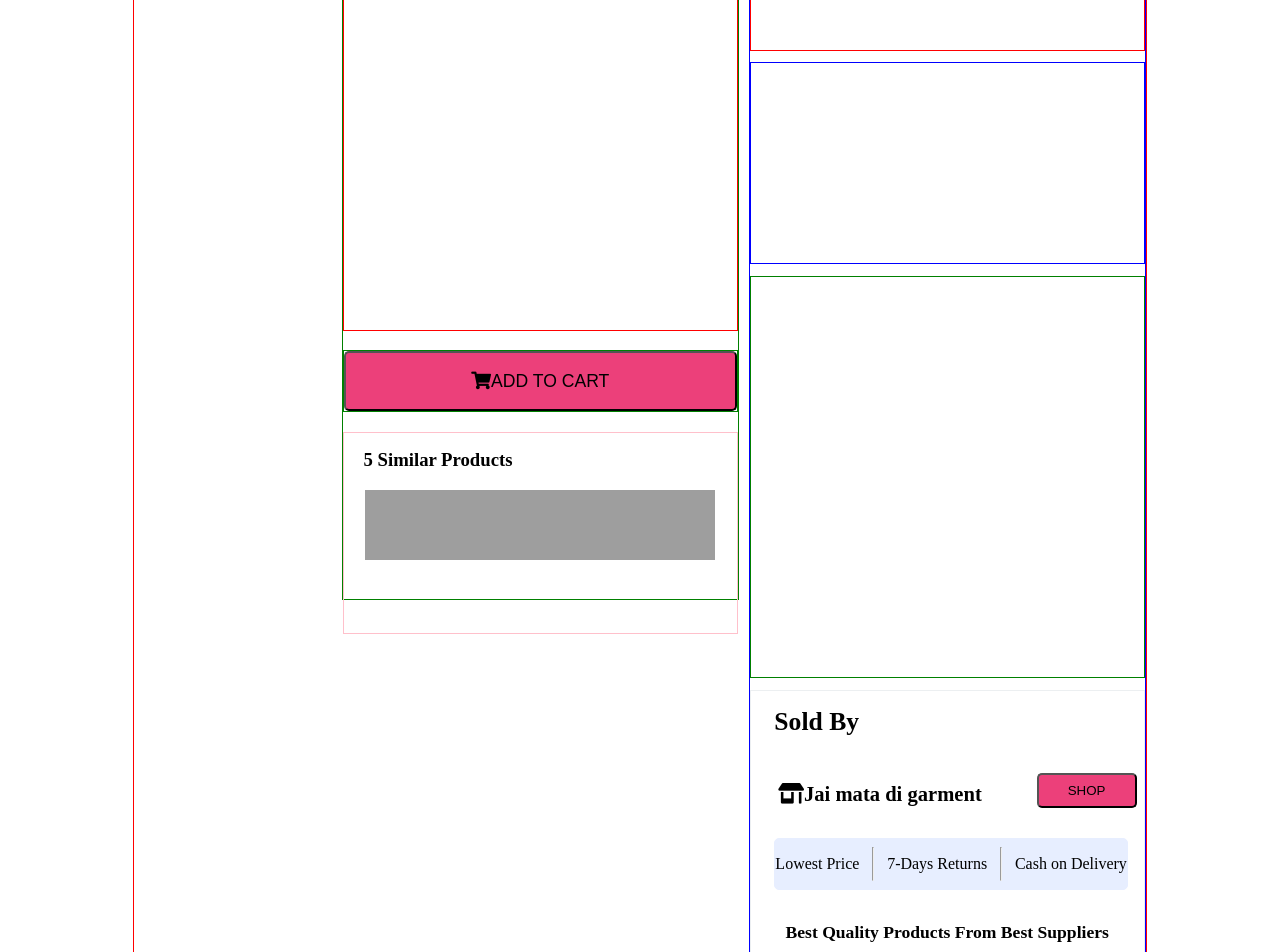
Repository: deepakxxxx/meesho
Page: catelog.html
These files come from the project's save history. The page is drawn as it stood at one moment and after the next save; the edit follows.
The browser window is 1280 px wide. The pictures show the part of the page from y = 312 to 1264 px (the page is 1371 px tall).
Pictures or frames that could not be fetched are drawn as grey boxes. A picture or video elsewhere on the page could not be fetched, so the positions and the page height are approximate.

Above is the page before, as saved 2021-11-06 17:59:46.

After the next save:
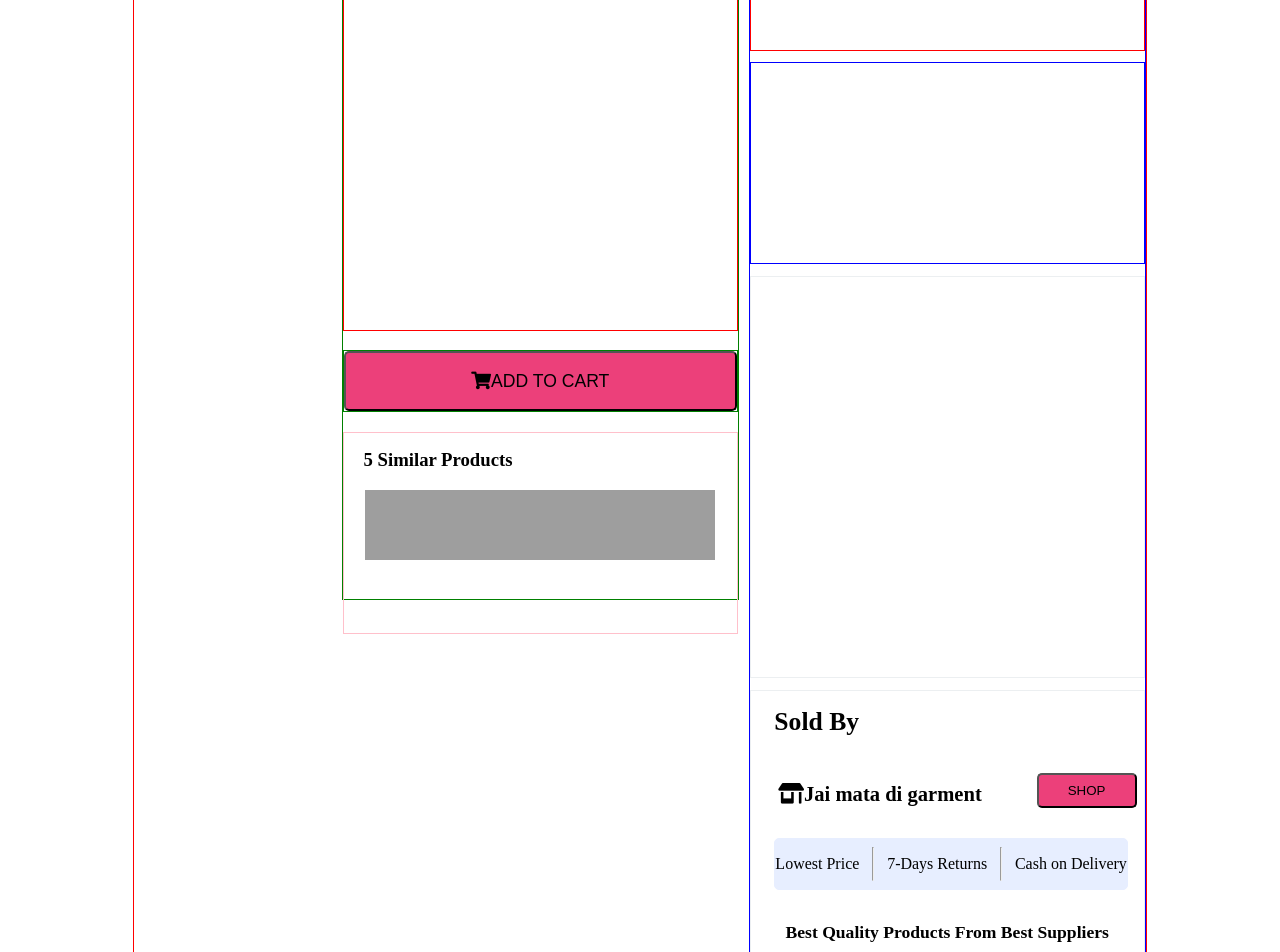
Saved 31 s later.
--- a/catelog.html
+++ b/catelog.html
@@ -191,7 +191,7 @@
     #infor{
         width: 99.5%;
         height: 400px;
-        border: 1px solid green;
+        border: 1px solid #ECEFF1;
         margin-top: 3%;
     }
     #deler{

After the save that followed:
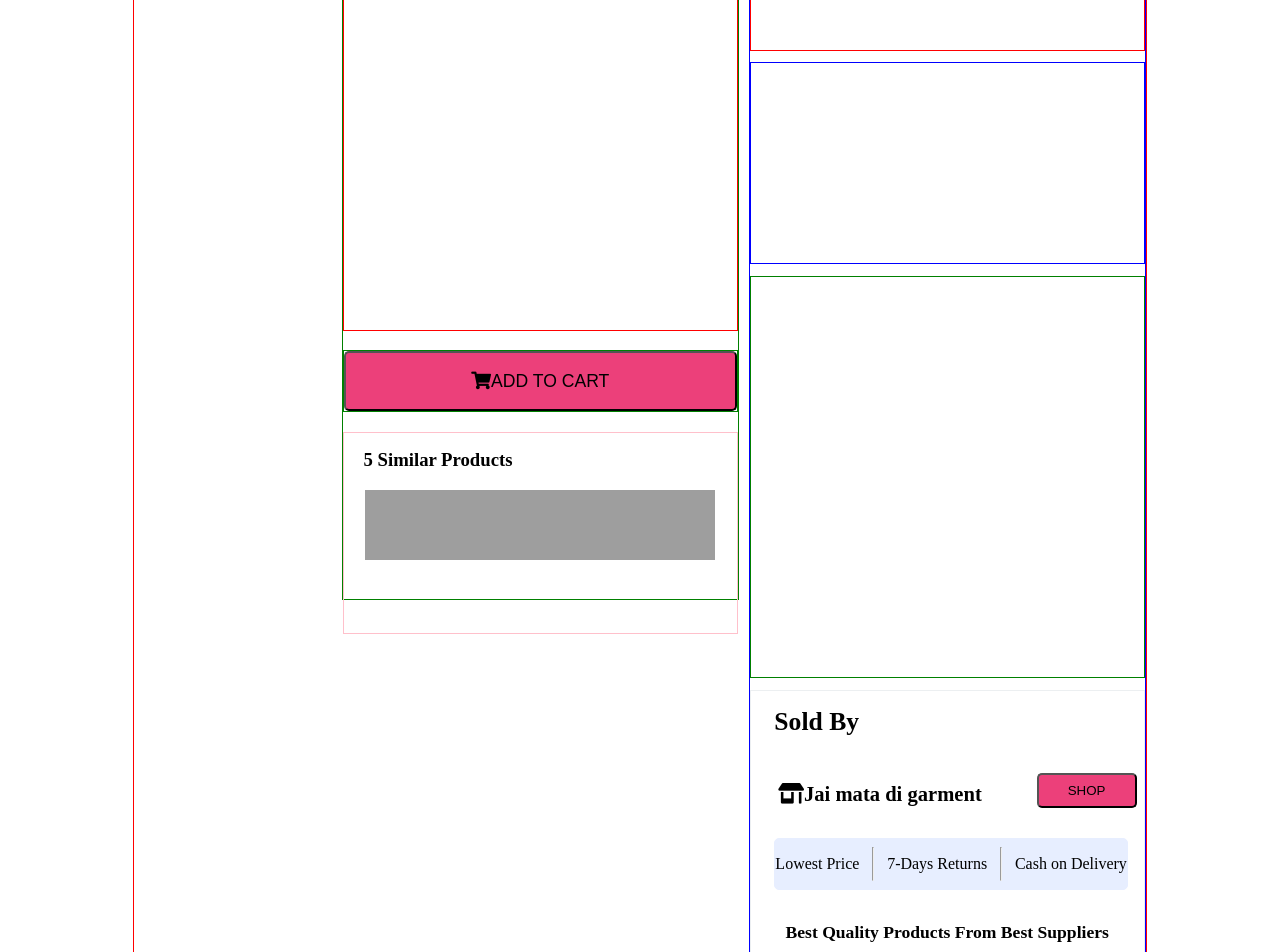
Saved 7 s later.
--- a/catelog.html
+++ b/catelog.html
@@ -191,7 +191,7 @@
     #infor{
         width: 99.5%;
         height: 400px;
-        border: 1px solid #ECEFF1;
+        border: 1px solid green;
         margin-top: 3%;
     }
     #deler{
